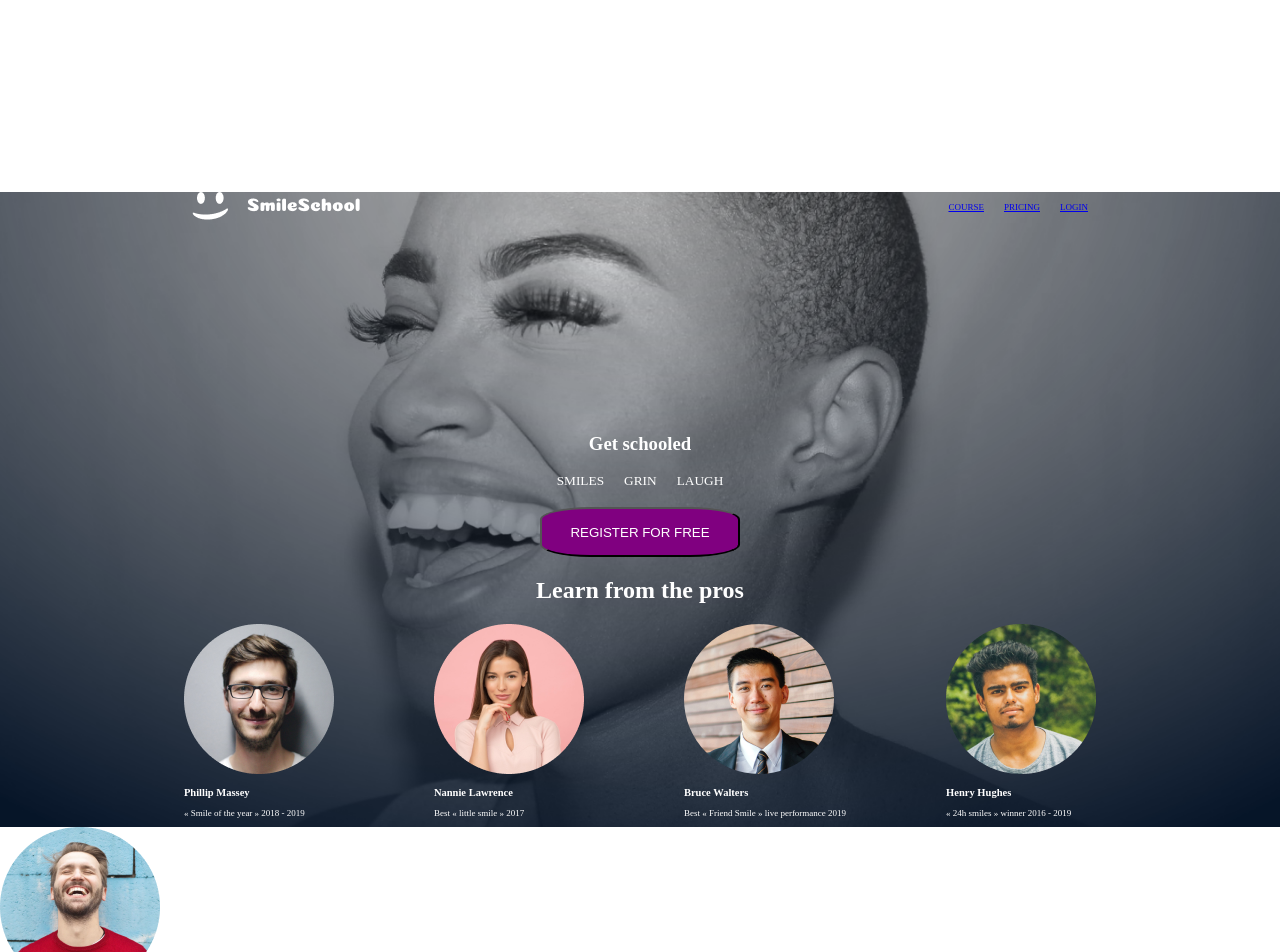
Repository: mwihakiann/alx_html_css
Page: css_advanced/index.html
The author's editor kept a copy of each file at every save. The page is drawn from the files as they stood at one save, then again after a run of saves.
The browser window is 1280 px wide. The pictures show the part of the page from y = 0 to 952 px (the page is 3677 px tall).
A picture or video elsewhere on the page could not be fetched, so the positions and the page height are approximate. Some web libraries are served in a nearby version.

Above is the page before, as saved 2025-09-28 18:33:01.

After the next 2 saves:
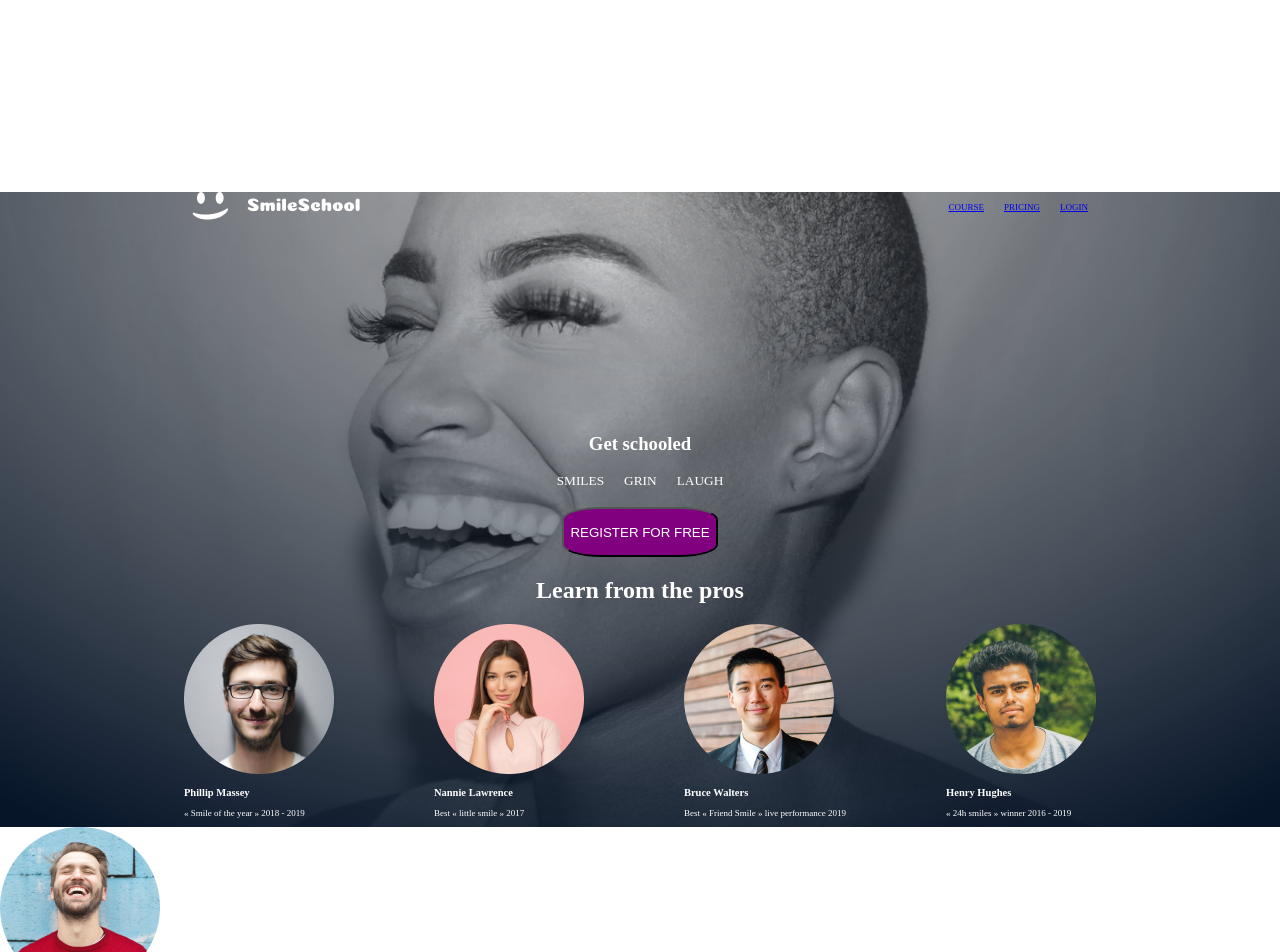
The 2 saves are shown as one change because they came seconds apart.
The last was saved 7 s later.
--- a/css_advanced/styles.css
+++ b/css_advanced/styles.css
@@ -35,7 +35,7 @@ h1{
 .register{
     background-color: purple;
     color: white;
-
+    paddding:
     width: 200px;
     height:50px;
     border-bottom-left-radius: 25%;
